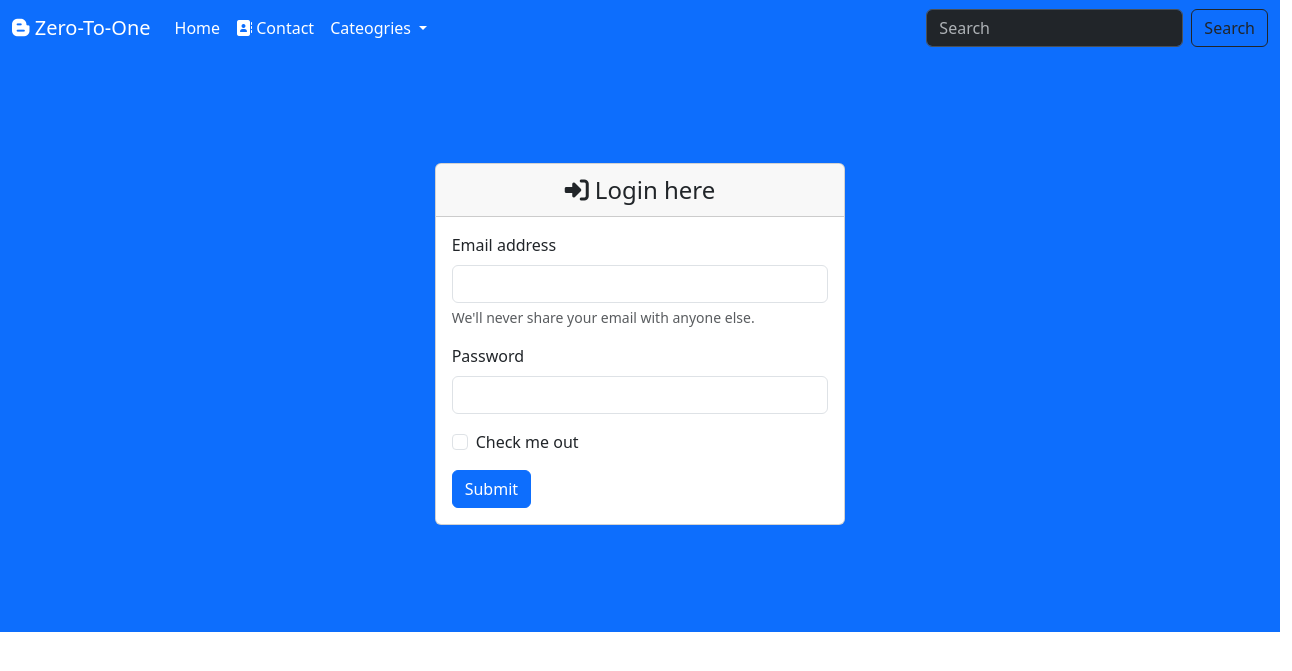
Repository: Gaurav560/PROJECT-ZeroToOne-TechBlog
Page: http://localhost/ZeroToOne/login_page.jsp
An editor plug-in stored every save of this project. The page is shown before and after the next save, followed by the edit.
The browser window is 1280 px wide. The page is 1292 px wide, so the pictures cover 1292 px, including what lies to the right of the window. The pictures show the whole page.
Some web libraries are served in a nearby version. The page is served by Tomcat 9. Other server files are loaded and not shown.

Above is the page before, as saved 2023-04-29 10:14:12.

### ZeroToOne/src/main/webapp/login_page.jsp
<%@ page language="java" contentType="text/html; charset=ISO-8859-1"
	pageEncoding="ISO-8859-1"%>
<!DOCTYPE html>
<html>
<head>
<meta charset="ISO-8859-1">
<title>Login Page</title>
<!--  Bootstrap css-->
<link
	href="https://cdn.jsdelivr.net/npm/bootstrap@5.3.0-alpha3/dist/css/bootstrap.min.css"
	rel="stylesheet"
	integrity="sha384-KK94CHFLLe+nY2dmCWGMq91rCGa5gtU4mk92HdvYe+M/SXH301p5ILy+dN9+nJOZ"
	crossorigin="anonymous">
<!--css  -->
<link href="css/style.css" rel="stylesheet" type="text/css" />
<!-- font-awesome -->
<script src="https://kit.fontawesome.com/d52455da93.js"
	crossorigin="anonymous"></script>
</head>
<body>
<!--  navbar starts here-->
<%@include file="indexNavbar.jsp" %>
<!-- navbar ends here -->

<!-- login card starts here -->
	<main class="d-grid align-items-center bg-primary" style="height:80vh">
		<div class="contaier ">
			<div class="row">
				<div class="col-md-4 offset-md-4">
					<div class="card">

						<div class="card-header fs-4 text-center"><i class="fa-solid  fa-right-to-bracket"></i>   Login here</div>
						<div class="card-body">

							<form>
								<div class="mb-3">
									<label for="exampleInputEmail1" class="form-label">Email
										address</label> <input type="email" class="form-control"
										id="exampleInputEmail1" aria-describedby="emailHelp">
									<div id="emailHelp" class="form-text">We'll never share
										your email with anyone else.</div>
								</div>
								<div class="mb-3">
									<label for="exampleInputPassword1" class="form-label">Password</label>
									<input type="password" class="form-control"
										id="exampleInputPassword1">
								</div>
								<div class="mb-3 form-check">
									<input type="checkbox" class="form-check-input"
										id="exampleCheck1"> <label class="form-check-label"
										for="exampleCheck1">Check me out</label>
								</div>
								<button type="submit" class="btn btn-primary">Submit</button>
							</form>
						</div>
					</div>
					<form action="" method="post"></form>
				</div>
			</div>
		</div>

	</main>
<!-- login card ends here -->
















	<!-- jquery cdn -->
	<script src="https://code.jquery.com/jquery-3.6.4.min.js"
		integrity="sha256-oP6HI9z1XaZNBrJURtCoUT5SUnxFr8s3BzRl+cbzUq8="
		crossorigin="anonymous">

	</script>

	<!-- js  -->

	<script
		src="https://cdn.jsdelivr.net/npm/bootstrap@5.3.0-alpha3/dist/js/bootstrap.bundle.min.js"
		integrity="sha384-ENjdO4Dr2bkBIFxQpeoTz1HIcje39Wm4jDKdf19U8gI4ddQ3GYNS7NTKfAdVQSZe"
		crossorigin="anonymous"></script>
	<script src="js/myjs.js" type="text/javascript"></script>

</body>
</html>

### ZeroToOne/src/main/webapp/indexNavbar.jsp
<nav class="navbar navbar-expand-lg  bg-primary dar "   data-bs-theme="dark">
	<div class="container-fluid">

         <a class="navbar-brand" href="index.jsp"><i class="fa-brands fa-blogger-b"></i> Zero-To-One</a>
		<button class="navbar-toggler" type="button" data-bs-toggle="collapse"
			data-bs-target="#navbarSupportedContent"
			aria-controls="navbarSupportedContent" aria-expanded="false"
			aria-label="Toggle navigation">
			<span class="navbar-toggler-icon"></span>
		</button>
		<div class="collapse navbar-collapse" id="navbarSupportedContent">
			<ul class="navbar-nav me-auto mb-2 mb-lg-0">
				<li class="nav-item"><a class="nav-link active"
					aria-current="page" href="#">Home</a></li>
				<li class="nav-item"><a class="nav-link active" href="#"><i class="fa-solid fa-address-book"></i> Contact</a></li>
				<li class="nav-item dropdown"><a
					class="nav-link dropdown-toggle active" href="#" role="button"
					data-bs-toggle="dropdown" aria-expanded="false">Cateogries </a>
					<ul class="dropdown-menu">
						<li><a class="dropdown-item " href="#">Action</a></li>
						<li><a class="dropdown-item" href="#">Another action</a></li>
						<li><hr class="dropdown-divider"></li>
						<li><a class="dropdown-item" href="#">Something else here</a></li>
					</ul></li>

			</ul>
			<form class="d-flex" role="search">
				<input class="form-control me-2" type="search" placeholder="Search"
					aria-label="Search">
				<button class="btn btn-outline-dark" type="submit">Search</button>
			</form>
		</div>
	</div>
</nav>

### ZeroToOne/src/main/webapp/css/style.css
.bg-dar{

	padding:14px;
}
.jumbo{
	padding:60px;
}
.banner-background{
clip-path: polygon(30% 0%, 70% 0%, 100% 0, 100% 91%, 77% 88%, 36% 94%, 0 90%, 0 0);



}

Loaded but not shown: ZeroToOne/ZeroToOne/js/myjs.js (no stored copy; drawn as an empty file)

After the next save:
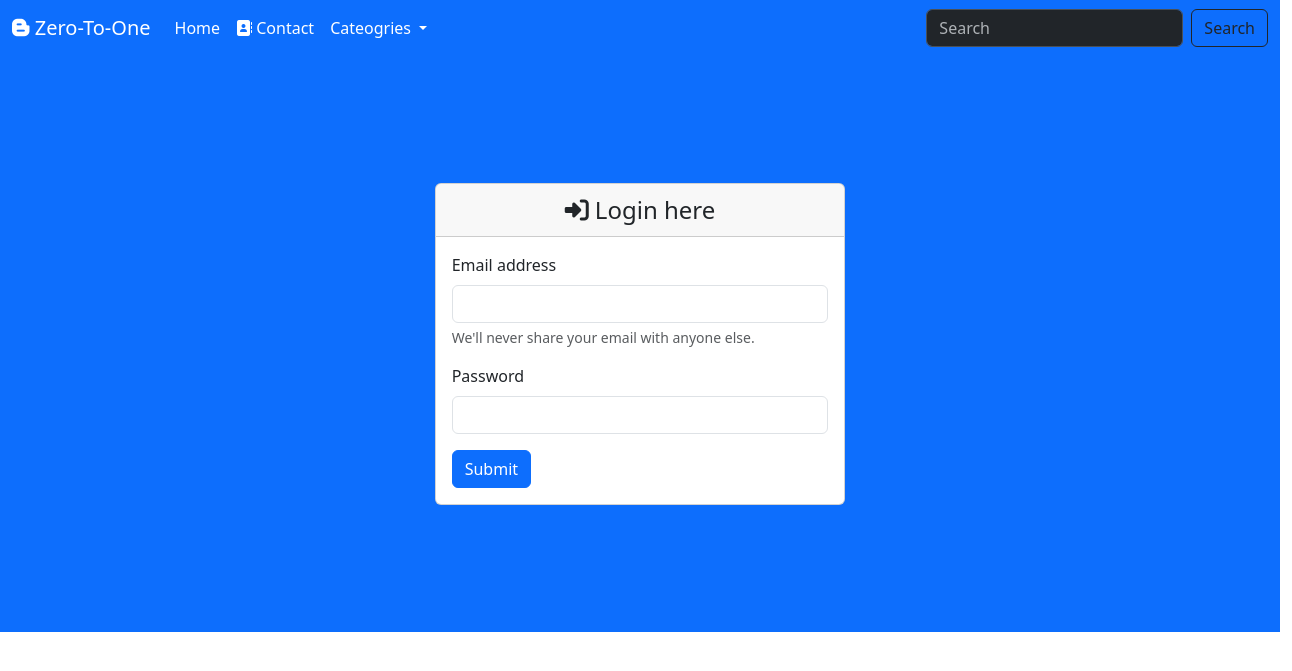
Saved 49 s later.
--- a/ZeroToOne/src/main/webapp/login_page.jsp
+++ b/ZeroToOne/src/main/webapp/login_page.jsp
@@ -45,11 +45,7 @@
 									<input type="password" class="form-control"
 										id="exampleInputPassword1">
 								</div>
-								<div class="mb-3 form-check">
-									<input type="checkbox" class="form-check-input"
-										id="exampleCheck1"> <label class="form-check-label"
-										for="exampleCheck1">Check me out</label>
-								</div>
+
 								<button type="submit" class="btn btn-primary">Submit</button>
 							</form>
 						</div>
